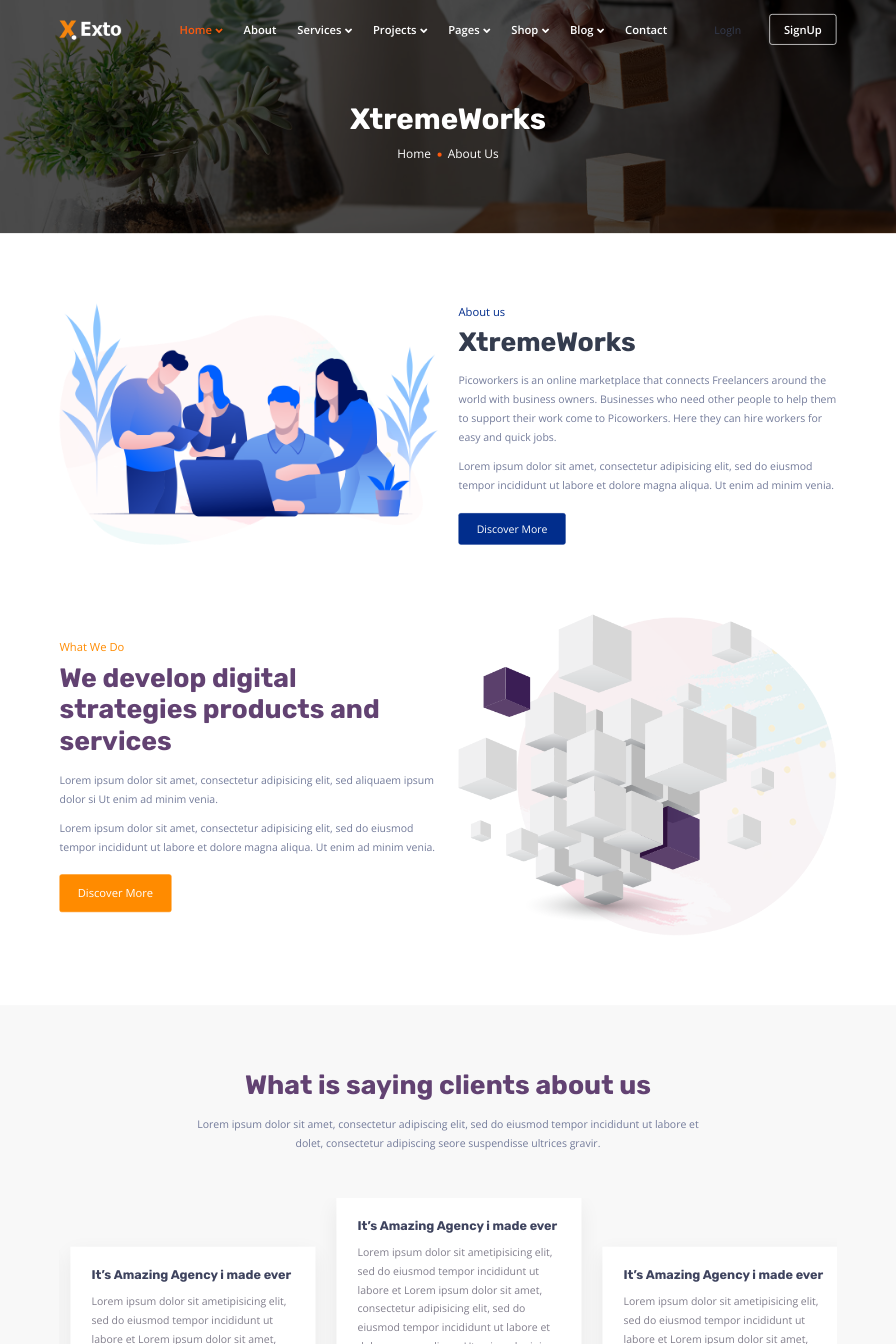
Repository: aakashrajput/XtremeWorks
Page: http://localhost/about
An editor plug-in stored every save of this project. The page is shown before and after the next save, followed by the edit.
The browser window is 1280 px wide. The pictures show the part of the page from y = 0 to 1920 px (the page is 4289 px tall), at 70% of full size.
The page is served by the project's Laravel application, run on PHP 8.4 with Laravel 8. Other server files are loaded and not shown.

Above is the page before, as saved 2020-03-26 04:15:21.

### routes/web.php
<?php

use Illuminate\Support\Facades\Route;

/*
|--------------------------------------------------------------------------
| Web Routes
|--------------------------------------------------------------------------
|
| Here is where you can register web routes for your application. These
| routes are loaded by the RouteServiceProvider within a group which
| contains the "web" middleware group. Now create something great!
|
*/

Route::get('/', function () {
    return view('site.index');
});

Route::get('/about', function () {
    return view('site.about');
});

### resources/views/site/includes/header.blade.php
<!doctype html>
<html lang="zxx">
    <head>
        <!-- Required meta tags -->
        <meta charset="utf-8">
        <meta name="viewport" content="width=device-width, initial-scale=1, shrink-to-fit=no">

        <!-- Bootstrap Min CSS -->
        <link rel="stylesheet" href="../../assets/css/bootstrap.min.css">
        <!-- Animate Min CSS -->
        <link rel="stylesheet" href="../../assets/css/animate.min.css">
        <!-- FlatIcon CSS -->
        <link rel="stylesheet" href="../../assets/css/flaticon.css">
        <!-- FlatIcon Two CSS -->
        <link rel="stylesheet" href="../../assets/css/flaticon-two.css">
        <!-- FlatIcon Three CSS -->
        <link rel="stylesheet" href="../../assets/css/flaticon-three.css">
        <!-- Odometer Min CSS -->
        <link rel="stylesheet" href="../../assets/css/odometer.min.css">
        <!-- MeanMenu CSS -->
        <link rel="stylesheet" href="../../assets/css/meanmenu.css">
        <!-- Progressbar CSS -->
        <link rel="stylesheet" href="../../assets/css/progressbar.min.css">
        <!-- Magnific Popup Min CSS -->
        <link rel="stylesheet" href="../../assets/css/magnific-popup.min.css">
        <!-- Nice Select Min CSS -->
        <link rel="stylesheet" href="../../assets/css/nice-select.min.css">
        <!-- Owl Carousel Min CSS -->
        <link rel="stylesheet" href="../../assets/css/owl.carousel.min.css">
        <!-- Font Awesome Min CSS -->
        <link rel="stylesheet" href="../../assets/css/fontawesome.min.css">
        <!-- Style CSS -->
        <link rel="stylesheet" href="../../assets/css/style.css">
        <!-- Responsive CSS -->
        <link rel="stylesheet" href="../../assets/css/responsive.css">

        <title>Exto - SEO & Marketing HTML Template</title>

        <link rel="icon" type="image/png" href="../../assets/img/favicon.png">
    </head>

    <body>

        <!-- Preloader Area -->
        <div class="preloader-area">
            <div class="spinner">
                <div class="dot1"></div>
                <div class="dot2"></div>
            </div>
        </div>
        <!-- End Preloader Area -->

        <!-- Start Navbar Area Two -->
        <div class="navbar-area-two">
            <div class="exto-responsive-nav">
                <div class="container">
                    <div class="exto-responsive-menu">
                        <div class="logo">
                            <a href="index.html">
                                <img src="../../assets/img/logo/logo-2.png" alt="logo">
                            </a>
                        </div>
                    </div>
                </div>
            </div>

            <div class="exto-nav">
                <div class="container">
                    <nav class="navbar navbar-expand-md navbar-light">
                        <a class="navbar-brand" href="index.html">
                            <img src="../../assets/img/logo/logo-2.png" alt="logo">
                        </a>
                        <div class="collapse navbar-collapse mean-menu" id="navbarSupportedContent">
                            <ul class="navbar-nav">
                                <li class="nav-item">
                                    <a href="./" class="nav-link active">
                                        Home
                                        <i class="fa fa-angle-down"></i>
                                    </a>
                                </li>
                                <li class="nav-item">
                                    <a href="/about" class="nav-link">About</a>
                                </li>
                                <li class="nav-item">
                                    <a href="index-2.html#" class="nav-link">
                                        Services
                                        <i class="fa fa-angle-down"></i>
                                    </a>
                                    <ul class="dropdown-menu">
                                        <li class="nav-item">
                                            <a href="services.html" class="nav-link">Service</a>
                                        </li>
                                        <li class="nav-item">
                                            <a href="single-services.html" class="nav-link">Service Details</a>
                                        </li>
                                    </ul>
                                </li>
                                <li class="nav-item">
                                    <a href="index-2.html#" class="nav-link">
                                        Projects
                                        <i class="fa fa-angle-down"></i>
                                    </a>
                                    <ul class="dropdown-menu">
                                        <li class="nav-item">
                                            <a href="projects.html" class="nav-link">Project</a>
                                        </li>
                                        <li class="nav-item">
                                            <a href="single-projects.html" class="nav-link">Project Details</a>
                                        </li>
                                    </ul>
                                </li>
                                <li class="nav-item">
                                    <a href="index-2.html#" class="nav-link">
                                        Pages
                                        <i class="fa fa-angle-down"></i>
                                    </a>
                                    <ul class="dropdown-menu">
                                        <li class="nav-item">
                                            <a href="about.html" class="nav-link">About</a>
                                        </li>
                                        <li class="nav-item">
                                            <a href="team.html" class="nav-link">Team</a>
                                        </li>
                                        <li class="nav-item">
                                            <a href="faq.html" class="nav-link">FAQ</a>
                                        </li>
                                        <li class="nav-item">
                                            <a href="pricing.html" class="nav-link">Pricing</a>
                                        </li>
                                        <li class="nav-item">
                                            <a href="login.html" class="nav-link">Log in</a>
                                        </li>
                                        <li class="nav-item">
                                            <a href="signup.html" class="nav-link">Sign up</a>
                                        </li>
                                        <li class="nav-item">
                                            <a href="error-404.html" class="nav-link">404 Error</a>
                                        </li>
                                        <li class="nav-item">
                                            <a href="contact.html" class="nav-link">Contact</a>
                                        </li>
                                        <li class="nav-item">
                                            <a href="coming-soon.html" class="nav-link">Coming Soon</a>
                                        </li>
                                    </ul>
                                </li>
                                <li class="nav-item">
                                    <a href="index-2.html#" class="nav-link">
                                        Shop
                                        <i class="fa fa-angle-down"></i>
                                    </a>
                                    <ul class="dropdown-menu">
                                        <li class="nav-item">
                                            <a href="shop.html" class="nav-link">Shop</a>
                                        </li>
                                        <li class="nav-item">
                                            <a href="single-product.html" class="nav-link">Single Products</a>
                                        </li>
                                        <li class="nav-item">
                                            <a href="cart.html" class="nav-link">Cart</a>
                                        </li>
                                        <li class="nav-item">
                                            <a href="checkout.html" class="nav-link">Checkout</a>
                                        </li>
                                    </ul>
                                </li>
                                <li class="nav-item">
                                    <a href="index-2.html#" class="nav-link">
                                        Blog
                                        <i class="fa fa-angle-down"></i>
                                    </a>
                                    <ul class="dropdown-menu">
                                        <li class="nav-item">
                                            <a href="blog.html" class="nav-link">Blog</a>
                                        </li>
                                        <li class="nav-item">
                                            <a href="single-blog.html" class="nav-link">Blog Details</a>
                                        </li>
                                    </ul>
                                </li>
                                <li class="nav-item">
                                    <a href="contact.html" class="nav-link">Contact</a>
                                </li>
                            </ul>

                            <a href="">LogIn</a>
                            <div class="others-options saas-option">
                                <a class="saas-nav-btn" href="index-2.html#">
                                    SignUp
                                </a>
                            </div>
                        </div>
                    </nav>
                </div>
            </div>
        </div>
        <!-- End Navbar Area Two -->

### public/assets/css/flaticon.css
/*
Flaticon icon font: Flaticon
*/
@font-face {
	font-family: "Flaticon";
	src: url("../fonts/Flaticon.eot");
	src: url("../fonts/Flaticon.eot%3F") format("embedded-opentype"),
	url("../fonts/Flaticon.woff2") format("woff2"),
	url("../fonts/Flaticon.woff") format("woff"),
	url("../fonts/Flaticon.ttf") format("truetype"),
	url("../fonts/Flaticon.svg") format("svg");
	font-weight: normal;
	font-style: normal;
}
@media screen and (-webkit-min-device-pixel-ratio:0) {
	@font-face {
		font-family: "Flaticon";
		src: url("../fonts/Flaticon.svg") format("svg");
	}
}
[class^="flaticon-"]:before, [class*=" flaticon-"]:before,
[class^="flaticon-"]:after, [class*=" flaticon-"]:after {
	font-family: Flaticon;
	font-style: normal;
}

.flaticon-right-arrow:before { content: "\f100"; }
.flaticon-claim:before { content: "\f101"; }
.flaticon-lock:before { content: "\f102"; }
.flaticon-diagram:before { content: "\f103"; }
.flaticon-money:before { content: "\f104"; }
.flaticon-pen:before { content: "\f105"; }
.flaticon-refresh:before { content: "\f106"; }
.flaticon-budget:before { content: "\f107"; }
.flaticon-data:before { content: "\f108"; }
.flaticon-file:before { content: "\f109"; }
.flaticon-ruler:before { content: "\f10a"; }
.flaticon-facebook:before { content: "\f10b"; }
.flaticon-twitter:before { content: "\f10c"; }
.flaticon-linkedin:before { content: "\f10d"; }
.flaticon-instagram-logo:before { content: "\f10e"; }

### public/assets/css/flaticon-two.css
	/*
  	Flaticon icon font: Flaticon
  	Creation date: 22/12/2019 12:08
  	*/

@font-face {
	font-family: "Flaticon";
	src: url("../fonts/style-one/Flaticon.eot");
	src: url("../fonts/style-one/Flaticon.eot%3F") format("embedded-opentype"),
	url("../fonts/style-one/Flaticon.woff2") format("woff2"),
	url("../fonts/style-one/Flaticon.woff") format("woff"),
	url("../fonts/style-one/Flaticon.ttf") format("truetype"),
	url("../fonts/style-one/Flaticon.svg") format("svg");
	font-weight: normal;
	font-style: normal;
}
@media screen and (-webkit-min-device-pixel-ratio:0) {
	@font-face {
		font-family: "Flaticon";
		src: url("../fonts/style-one/Flaticon.svg") format("svg");
	}
}
[class^="flaticon-"]:before, [class*=" flaticon-"]:before,
[class^="flaticon-"]:after, [class*=" flaticon-"]:after {
	font-family: Flaticon;
	font-style: normal;
}

.flaticon-headphones:before { content: "\f100"; }
.flaticon-tag:before { content: "\f101"; }
.flaticon-cyber-security:before { content: "\f102"; }
.flaticon-innovation:before { content: "\f103"; }
.flaticon-content:before { content: "\f104"; }
.flaticon-unlink:before { content: "\f105"; }
.flaticon-data:before { content: "\f106"; }
.flaticon-goal:before { content: "\f107"; }
.flaticon-modules:before { content: "\f108"; }
.flaticon-work-time:before { content: "\f109"; }
.flaticon-it:before { content: "\f10a"; }
.flaticon-monitor:before { content: "\f10b"; }
.flaticon-appointment:before { content: "\f10c"; }
.flaticon-user:before { content: "\f10d"; }
.flaticon-dancer-motion:before { content: "\f10e"; }
.flaticon-cropping-tool:before { content: "\f10f"; }
.flaticon-brain-and-head:before { content: "\f110"; }
.flaticon-telephone:before { content: "\f111"; }
.flaticon-envelope:before { content: "\f112"; }
.flaticon-edit:before { content: "\f113"; }
.flaticon-placeholder:before { content: "\f114"; }

### public/assets/css/flaticon-three.css
	/*
  	Flaticon icon font: Flaticon
  	Creation date: 02/01/2020 10:22
  	*/

@font-face {
	font-family: "Flaticon";
	src: url("../fonts/style-two/Flaticon.eot");
	src: url("../fonts/style-two/Flaticon.eot%3F") format("embedded-opentype"),
	url("../fonts/style-two/Flaticon.woff2") format("woff2"),
	url("../fonts/style-two/Flaticon.woff") format("woff"),
	url("../fonts/style-two/Flaticon.ttf") format("truetype"),
	url("../fonts/style-two/Flaticon.svg") format("svg");
	font-weight: normal;
	font-style: normal;
}

@media screen and (-webkit-min-device-pixel-ratio:0) {
  @font-face {
		font-family: "Flaticon";
		src: url("../fonts/style-two/Flaticon.svg") format("svg");
	}
}
[class^="flaticon-"]:before, [class*=" flaticon-"]:before,
[class^="flaticon-"]:after, [class*=" flaticon-"]:after {
	font-family: Flaticon;
	font-style: normal;
}

.flaticon-industry:before { content: "\f100"; }
.flaticon-group:before { content: "\f101"; }
.flaticon-promotion:before { content: "\f102"; }
.flaticon-coffee-cup:before { content: "\f103"; }

### public/assets/css/progressbar.min.css
.circle-chart{width:150px;height:150px}.circle-chart__circle{stroke:#00acc1;stroke-width:2;stroke-linecap:square;fill:none;animation:circle-chart-fill 2s reverse;transform:rotate(-90deg);transform-origin:center}.circle-chart__circle--negative{transform:rotate(-90deg)scale(1,-1)}.circle-chart__background{stroke:#efefef;stroke-width:2;fill:none}.circle-chart__info{animation:circle-chart-appear 2s forwards;opacity:0;transform:translateY(0.3em)}.circle-chart__percent{alignment-baseline:central;text-anchor:middle;font-size:8px}.circle-chart__subline{alignment-baseline:central;text-anchor:middle;font-size:3px}.success-stroke{stroke:#ff8a00}.warning-stroke{stroke:#ffbb33}.danger-stroke{stroke:#ff4444}
@keyframes circle-chart-fill{to{stroke-dasharray:0 100}}
@keyframes circle-chart-appear{to{opacity:1;transform:translateY(0)}}

Loaded but not shown: public/assets/css/bootstrap.min.css (library); public/assets/css/animate.min.css (library); public/assets/css/odometer.min.css (library); public/assets/css/meanmenu.css (common file); public/assets/css/magnific-popup.min.css (library); public/assets/css/nice-select.min.css (library); public/assets/css/owl.carousel.min.css (library); public/assets/css/fontawesome.min.css (library); public/assets/css/style.css (library); public/assets/js/jquery.min.js (library); public/assets/js/popper.min.js (library); public/assets/js/bootstrap.min.js (library); public/assets/js/jquery.meanmenu.js (library); public/assets/js/jquery.appear.min.js (common file); public/assets/js/odometer.min.js (library); public/assets/js/owl.carousel.min.js (library); public/assets/js/jquery.magnific-popup.min.js (library); public/assets/js/wow.min.js (library); public/assets/js/particles.min.js (library); public/assets/js/main.js (330 lines, source omitted); public/assets/js/jquery.nice-select.min.js (4 lines, source omitted); public/assets/js/progressbar.min.js (4 lines, source omitted); public/assets/css/responsive.css (2922 lines, source omitted); resources/views/site/about.blade.php (316 lines, source omitted); resources/views/site/includes/footer.blade.php (168 lines, source omitted)

After the next save:
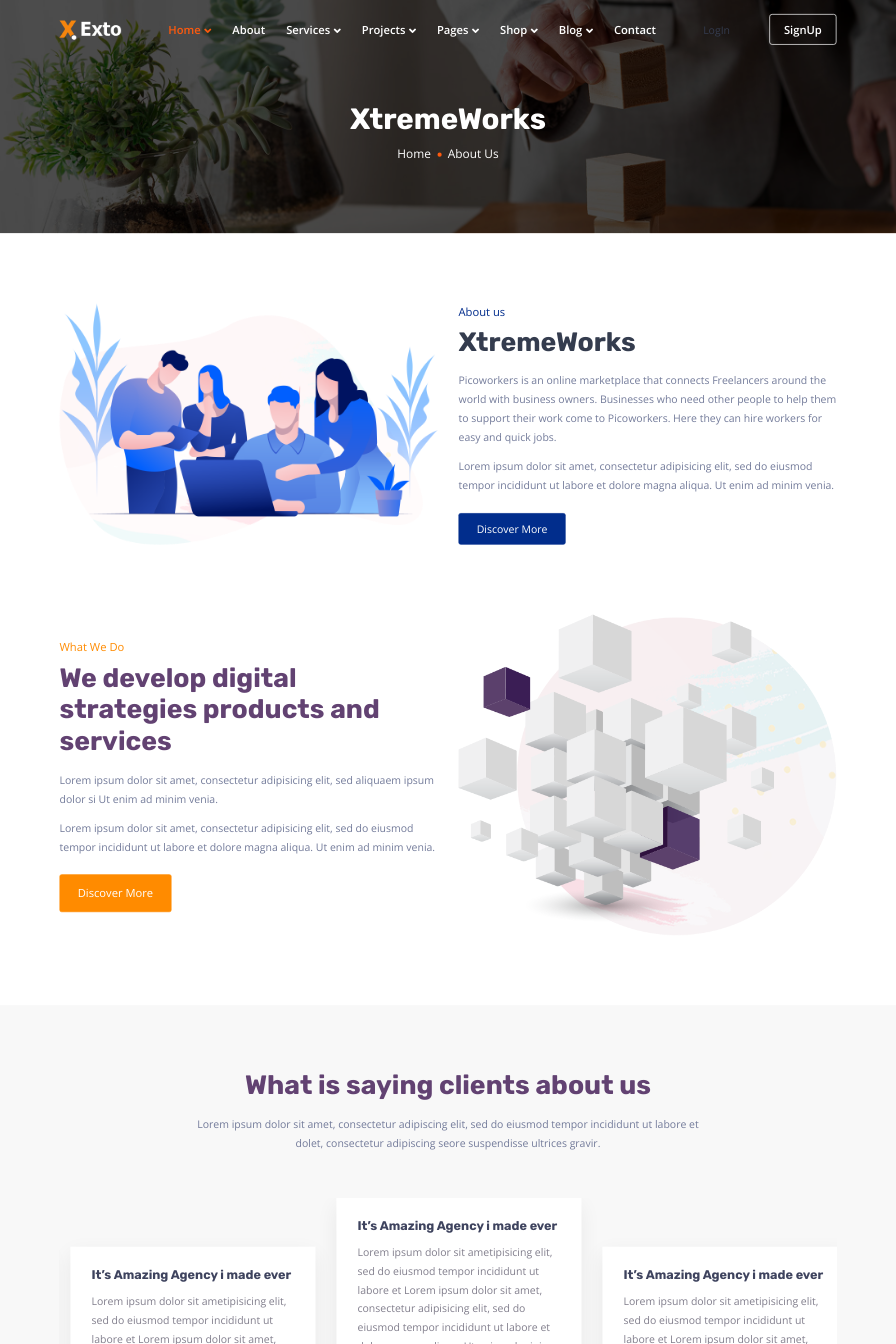
Saved 19 s later.
--- a/resources/views/site/includes/header.blade.php
+++ b/resources/views/site/includes/header.blade.php
@@ -183,7 +183,7 @@
                                 </li>
                             </ul>
 
-                            <a href="">LogIn</a>
+                            <a href="" class="nav-link">LogIn</a>
                             <div class="others-options saas-option">
                                 <a class="saas-nav-btn" href="index-2.html#">
                                     SignUp

After the save that followed:
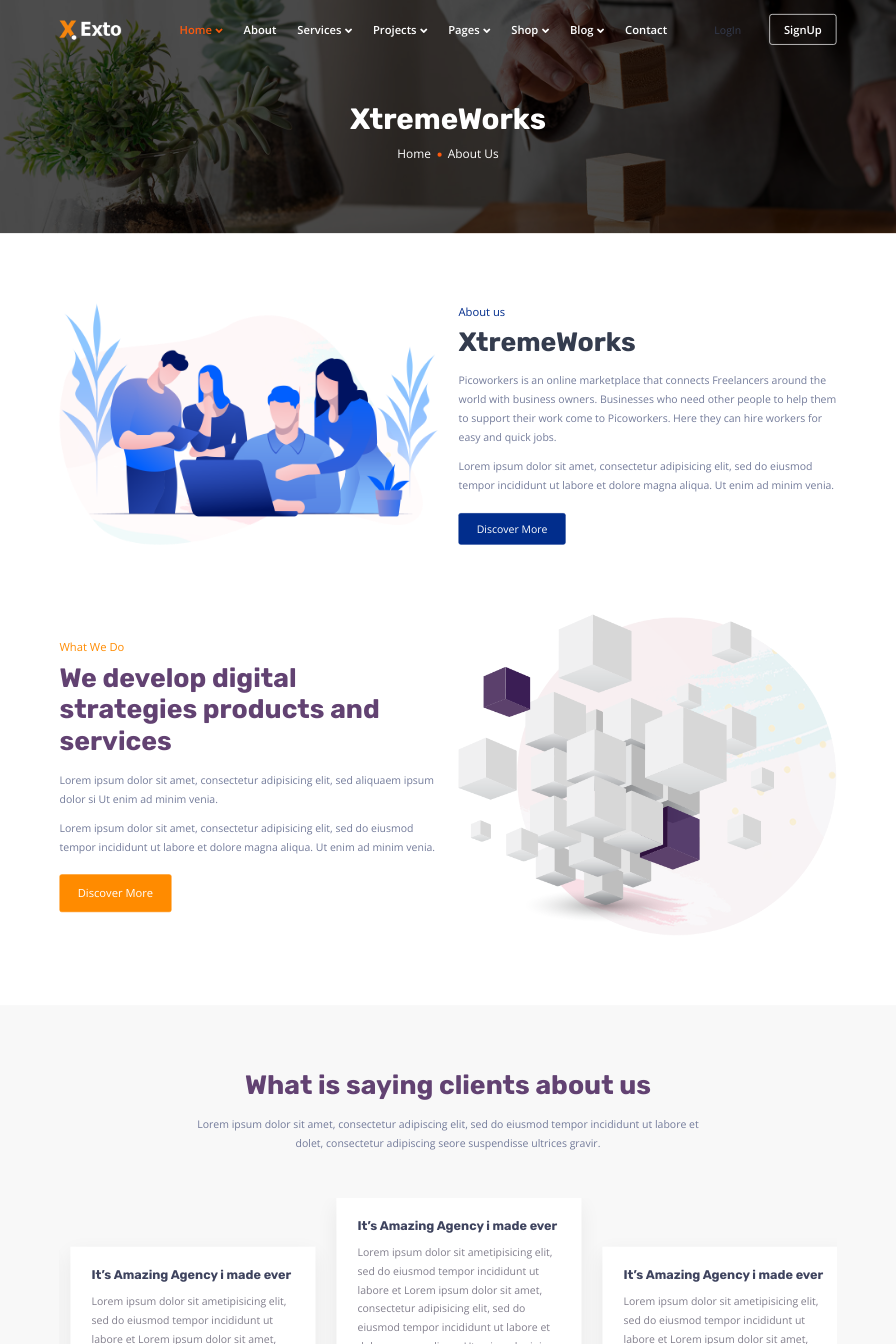
Saved 17 s later.
--- a/resources/views/site/includes/header.blade.php
+++ b/resources/views/site/includes/header.blade.php
@@ -183,7 +183,7 @@
                                 </li>
                             </ul>
 
-                            <a href="" class="nav-link">LogIn</a>
+                            <a href="" class="saas-nav-btn">LogIn</a>
                             <div class="others-options saas-option">
                                 <a class="saas-nav-btn" href="index-2.html#">
                                     SignUp
